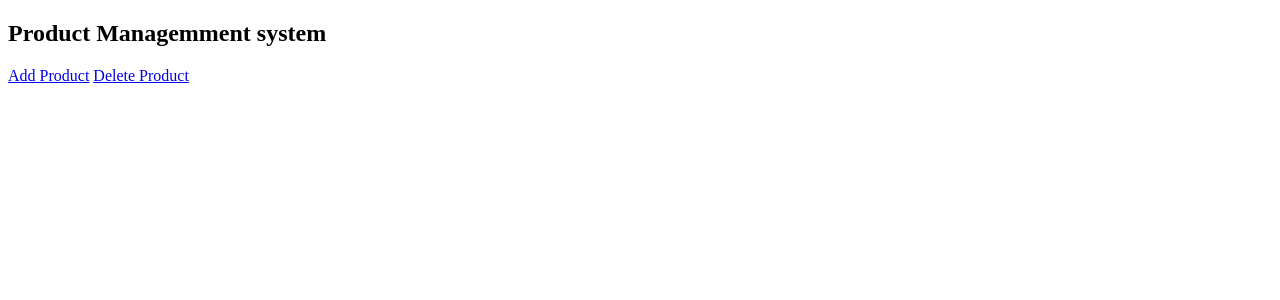
Repository: uaganesh/training
Page: ServletWithHibernate/src/main/webapp/index.html
These files come from the project's save history. The page is drawn as it stood at one moment and after the next save; the edit follows.
The browser window is 1280 px wide. The pictures show the whole page.

Above is the page before, as saved 2022-08-10 09:26:50.

After the next save:
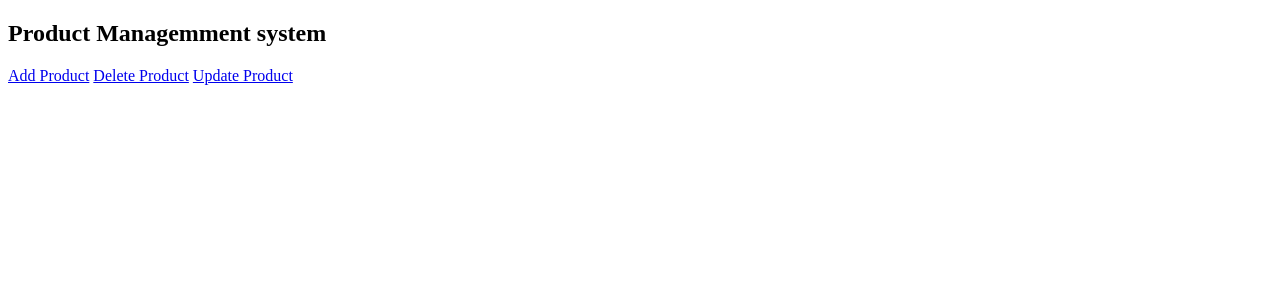
Saved 34 s later.
--- a/ServletWithHibernate/src/main/webapp/index.html
+++ b/ServletWithHibernate/src/main/webapp/index.html
@@ -8,5 +8,6 @@
 <h2> Product Managemment system</h2>
 <a href="storeProduct.html">Add Product</a>
 <a href="deleteProduct.html">Delete Product</a>
+<a href="updateProduct.html">Update Product</a>
 </body>
 </html>
